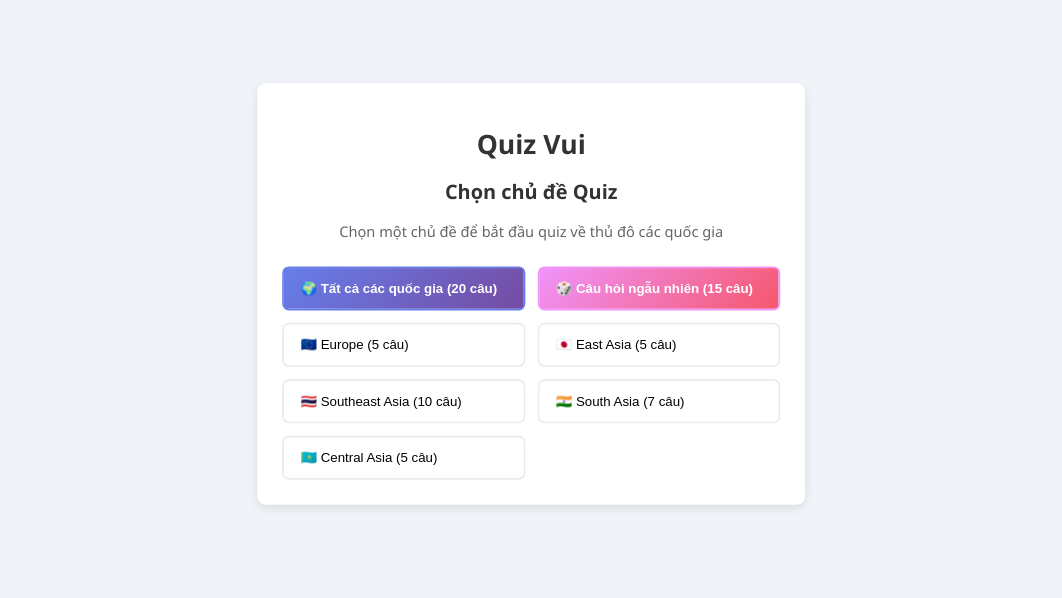
Repository: HuynhPPP/Quiz_App
Page: /
These files come from the project's save history. The page is drawn as it stood at one moment and after the next save; the edit follows.
The browser window is 1280 px wide. The pictures show the whole page, at 83% of full size.
The project was rebuilt for these pictures with package versions that can differ from the ones it lists, and the page was loaded fresh each time. Also part of the build but not shown: vite.config.js, src/components/Resutl.jsx, src/components/Review.jsx.

Above is the page before, as saved 2025-09-26 15:39:59.

### index.html
<!doctype html>
<html lang="en">
  <head>
    <meta charset="UTF-8" />
    <link rel="icon" type="image/svg+xml" href="/vite.svg" />
    <meta name="viewport" content="width=device-width, initial-scale=1.0" />
    <title>Quiz Vui</title>
  </head>
  <body>
    <div id="root"></div>
    <script type="module" src="/src/main.jsx"></script>
  </body>
</html>

### src/index.css
/* Global reset and styling */
body {
  margin: 0;
  padding: 0;
  font-family: "Segoe UI", Tahoma, Geneva, Verdana, sans-serif;
  background: #f0f4f8;
  color: #333;
}

/* Container styling for the app */
.container {
  max-width: 600px;
  margin: 100px auto;
  background: #fff;
  padding: 30px;
  border-radius: 10px;
  box-shadow: 0 4px 12px rgba(0, 0, 0, 0.1);
}

/* Header styling */
h1,
h2 {
  text-align: center;
  margin-bottom: 20px;
}

/* Styling the question text */
.question {
  font-size: 1.2em;
  margin-bottom: 20px;
}

/* Option button styling */
.option {
  display: block;
  width: 100%;
  padding: 12px;
  margin: 8px 0;
  border: 2px solid transparent;
  border-radius: 6px;
  background: #e7ecf0;
  cursor: pointer;
  text-align: left;
  transition: background 0.3s, border 0.3s;
}

.option:hover {
  background: #d6dde5;
}

.option.selected {
  background: oklch(92.9% 0.013 255.508);
  border: 2px solid oklch(55.4% 0.046 257.417);
  color: oklch(37.2% 0.044 257.287);
}

/* Navigation button styles */
.nav-buttons {
  display: flex;
  justify-content: space-between;
  margin-top: 20px;
}

.nav-buttons button {
  padding: 10px 20px;
  border: none;
  background: #42a5f5;
  color: white;
  border-radius: 6px;
  cursor: pointer;
  font-size: 1em;
  transition: background 0.3s;
}

.nav-buttons button:hover {
  background: #1e88e5;
}

.nav-buttons button:disabled {
  background: #a0c4e3;
  cursor: not-allowed;
}

.result-button {
  display: block;
  padding: 10px 20px;
  border: none;
  background: oklch(55.4% 0.046 257.417);
  color: white;
  border-radius: 6px;
  cursor: pointer;
  font-size: 1em;
  transition: background 0.3s;
}

.result-button:hover {
  background: #1e88e5;
}

/* Score display styling */
.score {
  font-size: 1.4em;
  text-align: center;
  margin: 20px 0;
}

.correct-answer {
  color: oklch(70.4% 0.14 182.503);
}

.incorrect-answer {
  color: oklch(64.5% 0.246 16.439);
}

p.result {
  text-align: center;
  margin: 40px;
}

.resultButtonsContainer {
  display: flex;
  justify-content: center;
  gap: 20px;
}

/* Review component styles */
.review-question {
  margin-bottom: 30px;
}

.review-options {
  margin: 20px 0;
}

.review-options .option {
  position: relative;
  cursor: default;
}

.review-options .option:hover {
  background: #e7ecf0;
}

.review-options .correct-user-answer {
  background: #d4edda;
  border: 2px solid #28a745;
  color: #155724;
}

.review-options .incorrect-user-answer {
  background: #f8d7da;
  border: 2px solid #dc3545;
  color: #721c24;
}

.review-options .correct-answer {
  background: #d1ecf1;
  border: 2px solid #17a2b8;
  color: #0c5460;
}

.answer-label {
  font-weight: bold;
  font-size: 0.9em;
}

.answer-status {
  margin: 20px 0;
  padding: 15px;
  border-radius: 6px;
  background: #f8f9fa;
}

.answer-status .correct-answer {
  color: #28a745;
  font-weight: bold;
}

.answer-status .incorrect-answer {
  color: #dc3545;
  font-weight: bold;
}

.answer-status .no-answer {
  color: #ffc107;
  font-weight: bold;
}

.review-buttons {
  display: flex;
  justify-content: center;
  gap: 20px;
  margin-top: 30px;
}

/* Quiz Selector styles */
.quiz-description {
  text-align: center;
  margin-bottom: 30px;
  color: #666;
  font-size: 1.1em;
}

.quiz-categories {
  display: grid;
  grid-template-columns: repeat(auto-fit, minmax(250px, 1fr));
  gap: 15px;
  margin-top: 20px;
}

.category-button {
  padding: 15px 20px;
  border: 2px solid #e7ecf0;
  border-radius: 8px;
  background: #fff;
  cursor: pointer;
  font-size: 1em;
  transition: all 0.3s;
  text-align: left;
}

.category-button:hover {
  border-color: #42a5f5;
  background: #f8f9fa;
  transform: translateY(-2px);
  box-shadow: 0 4px 12px rgba(66, 165, 245, 0.15);
}

.category-button.all-questions {
  background: linear-gradient(135deg, #667eea 0%, #764ba2 100%);
  color: white;
  border-color: #667eea;
  font-weight: bold;
}

.category-button.all-questions:hover {
  background: linear-gradient(135deg, #5a6fd8 0%, #6a4190 100%);
  transform: translateY(-2px);
}

.category-button.random {
  background: linear-gradient(135deg, #f093fb 0%, #f5576c 100%);
  color: white;
  border-color: #f093fb;
  font-weight: bold;
}

.category-button.random:hover {
  background: linear-gradient(135deg, #ee82f0 0%, #f3455a 100%);
  transform: translateY(-2px);
}

### src/App.jsx
import Quiz from "./components/Quiz"

function App() {
  return (
    <div className="container">
      <h1>Quiz Vui</h1>
      <Quiz />

    </div>
  )
}

export default App

### src/components/Quiz.jsx
import React, { useState, useEffect } from 'react'
import Resutl from './Resutl'
import Review from './Review'
import QuizSelector from './QuizSelector'

const Quiz = () => {
    const [currentQuestions, setCurrentQuestions] = useState([]);
    const [optionSelected, setOptionSelected] = useState("");
    const [userAnswer, setUserAnswer] = useState([]);
    const [currentQuestion, setCurrentQuestion] = useState(0);
    const [isQuizCompleted, setIsQuizCompleted] = useState(false);
    const [isReviewMode, setIsReviewMode] = useState(false);
    const [score, setScore] = useState(0);
    const [showSelector, setShowSelector] = useState(true);

    const handleStartQuiz = (questions) => {
        setCurrentQuestions(questions);
        setUserAnswer(Array.from({ length: questions.length }));
        setShowSelector(false);
        setCurrentQuestion(0);
        setOptionSelected("");
        setIsQuizCompleted(false);
        setIsReviewMode(false);
        setScore(0);
    };

    const handleSelectOption = (option, index) => {
        setOptionSelected(option);
        const newUserAnswer = [...userAnswer];
        newUserAnswer[currentQuestion] = index;
        setUserAnswer(newUserAnswer);
    }

    const handleNextQuestion = () => {
        if (currentQuestion === currentQuestions.length - 1) {
            setIsQuizCompleted(true);
        } else {
            setCurrentQuestion((prev) => prev + 1);
        }

    }

    const handlePreviousQuestion = () => {
        if (currentQuestion > 0) {
            setCurrentQuestion((prev) => prev - 1);
        }
    }

    const handleResetQuiz = () => {
        setShowSelector(true);
        setIsQuizCompleted(false);
        setIsReviewMode(false);
        setCurrentQuestion(0);
        setScore(0);
        setUserAnswer([]);
        setOptionSelected("");
        setCurrentQuestions([]);
    }

    const handleReviewQuiz = () => {
        setIsReviewMode(true);
        setIsQuizCompleted(false);
        setCurrentQuestion(0);
    }

    const handleBackToResult = () => {
        setIsReviewMode(false);
        setIsQuizCompleted(true);
    }

    useEffect(() => {
        if (currentQuestions.length > 0) {
            const answer = Number(userAnswer[currentQuestion]);
            const pastOptionSelected = currentQuestions[currentQuestion].options[answer];
            if (answer !== undefined) {
                setOptionSelected(pastOptionSelected);
            } else {
                setOptionSelected("");
            }
        }
    }, [currentQuestion, userAnswer, currentQuestions]);

    useEffect(() => {
        if (currentQuestions.length > 0 && optionSelected === currentQuestions[currentQuestion].answer) {
            setScore((prev) => prev + 1);
        }
    }, [optionSelected, currentQuestion, currentQuestions]);

    if (isReviewMode) {
        return <Review
            quizData={currentQuestions}
            userAnswers={userAnswer}
            handleBackToResult={handleBackToResult}
            handleRestartQuiz={handleResetQuiz}
        />
    }

    if (isQuizCompleted) {
        return <Resutl
            score={score}
            totalQuestions={currentQuestions.length}
            handleReviewQuiz={handleReviewQuiz}
            handleResetQuiz={handleResetQuiz}
        />
    }

    if (showSelector) {
        return <QuizSelector onStartQuiz={handleStartQuiz} />
    }

    if (currentQuestions.length === 0) {
        return <div>Loading...</div>
    }

    return (
        <div>
            <h2>Câu {currentQuestion + 1}</h2>
            <p className='question'>{currentQuestions[currentQuestion].question}</p>

            {currentQuestions[currentQuestion].options.map((option, index) => (
                <button
                    key={index}
                    className={`option ${optionSelected === option ? 'selected' : ''}`}
                    disabled={!!optionSelected && optionSelected !== option}
                    onClick={() => handleSelectOption(option, index)}
                >
                    {option}
                </button>
            ))}

            {
                optionSelected ? (
                    optionSelected === currentQuestions[currentQuestion].answer ? (
                        <p className='correct-answer'>Câu trả lời của bạn là chính xác</p>
                    ) : (
                        <p className='incorrect-answer'>Câu trả lời của bạn chưa chính xác</p>
                    )
                ) : ""
            }


            <div className='nav-buttons'>
                <button
                    onClick={handlePreviousQuestion}
                    disabled={currentQuestion === 0}
                >
                    Trước
                </button>
                <button
                    onClick={handleNextQuestion}
                    disabled={!optionSelected}
                >
                    {currentQuestion === currentQuestions.length - 1 ? "Hoàn thành Quiz" : "Tiếp"}
                </button>
            </div>
        </div>
    );
};

export default Quiz

### src/components/QuizSelector.jsx
import React from 'react'
import { getAllCategories, getQuestionsByCategory, getRandomQuestions } from '../data/quizData'
import { GAME_MODES } from '../hooks/useGameModes'

const QuizSelector = ({ onStartQuiz }) => {
    const categories = getAllCategories();

    const handleCategorySelect = (category, gameMode = GAME_MODES.CLASSIC) => {
        const questions = getQuestionsByCategory(category);
        onStartQuiz(questions, gameMode);
    };

    const handleRandomQuiz = (gameMode = GAME_MODES.CLASSIC) => {
        const questions = getRandomQuestions(15);
        onStartQuiz(questions, gameMode);
    };

    const handleAllQuestions = (gameMode = GAME_MODES.CLASSIC) => {
        const questions = getRandomQuestions(20);
        onStartQuiz(questions, gameMode);
    };

    return (
        <div>
            <h2>Chọn chủ đề Quiz</h2>
            <p className="quiz-description">
                Chọn một chủ đề để bắt đầu quiz về thủ đô các quốc gia
            </p>

            <div className="quiz-categories">
                <button
                    className="category-button all-questions"
                    onClick={handleAllQuestions}
                >
                    🌍 Tất cả các quốc gia (20 câu)
                </button>

                <button
                    className="category-button random"
                    onClick={handleRandomQuiz}
                >
                    🎲 Câu hỏi ngẫu nhiên (15 câu)
                </button>

                {categories.map((category, index) => {
                    const questionCount = getQuestionsByCategory(category).length;
                    const categoryEmojis = {
                        'Europe': '🇪🇺',
                        'East Asia': '🇯🇵',
                        'Southeast Asia': '🇹🇭',
                        'South Asia': '🇮🇳',
                        'Central Asia': '🇰🇿'
                    };

                    return (
                        <button
                            key={index}
                            className="category-button"
                            onClick={() => handleCategorySelect(category)}
                        >
                            {categoryEmojis[category] || '🌏'} {category} ({questionCount} câu)
                        </button>
                    );
                })}
            </div>
        </div>
    );
};

export default QuizSelector;

### src/hooks/useGameModes.js
import { useState, useEffect, useCallback } from 'react';

// Custom hook for timer functionality
export const useTimer = (initialTime, onTimeUp) => {
    const [timeLeft, setTimeLeft] = useState(initialTime);
    const [isActive, setIsActive] = useState(false);

    useEffect(() => {
        let interval = null;
        if (isActive && timeLeft > 0) {
            interval = setInterval(() => {
                setTimeLeft(timeLeft => timeLeft - 1);
            }, 1000);
        } else if (timeLeft === 0) {
            setIsActive(false);
            onTimeUp();
        }
        return () => clearInterval(interval);
    }, [isActive, timeLeft, onTimeUp]);

    const startTimer = useCallback(() => {
        setIsActive(true);
    }, []);

    const pauseTimer = useCallback(() => {
        setIsActive(false);
    }, []);

    const resetTimer = useCallback((newTime = initialTime) => {
        setTimeLeft(newTime);
        setIsActive(false);
    }, [initialTime]);

    const addTime = useCallback((seconds) => {
        setTimeLeft(prev => prev + seconds);
    }, []);

    return {
        timeLeft,
        isActive,
        startTimer,
        pauseTimer,
        resetTimer,
        addTime
    };
};

// Custom hook for streak management
export const useStreak = () => {
    const [currentStreak, setCurrentStreak] = useState(0);
    const [bestStreak, setBestStreak] = useState(0);
    const [totalCorrect, setTotalCorrect] = useState(0);

    const addCorrectAnswer = useCallback(() => {
        setCurrentStreak(prev => {
            const newStreak = prev + 1;
            if (newStreak > bestStreak) {
                setBestStreak(newStreak);
            }
            return newStreak;
        });
        setTotalCorrect(prev => prev + 1);
    }, [bestStreak]);

    const resetStreak = useCallback(() => {
        setCurrentStreak(0);
    }, []);

    const resetAll = useCallback(() => {
        setCurrentStreak(0);
        setBestStreak(0);
        setTotalCorrect(0);
    }, []);

    return {
        currentStreak,
        bestStreak,
        totalCorrect,
        addCorrectAnswer,
        resetStreak,
        resetAll
    };
};

// Game modes configuration
export const GAME_MODES = {
    CLASSIC: {
        name: 'Classic',
        description: 'Chế độ cổ điển không giới hạn thời gian',
        timeLimit: null,
        icon: '📚'
    },
    TIME_ATTACK: {
        name: 'Time Attack',
        description: '15 giây cho mỗi câu hỏi',
        timeLimit: 15,
        icon: '⏰'
    },
    BLITZ: {
        name: 'Blitz',
        description: '10 giây cho mỗi câu hỏi - Thử thách tốc độ',
        timeLimit: 10,
        icon: '⚡'
    },
    SURVIVAL: {
        name: 'Survival',
        description: 'Chơi đến khi trả lời sai',
        timeLimit: 20,
        icon: '💀'
    }
};

Loaded but not shown: src/main.jsx (common file); src/data/quizData.js (221 lines, source omitted)

After the next save:
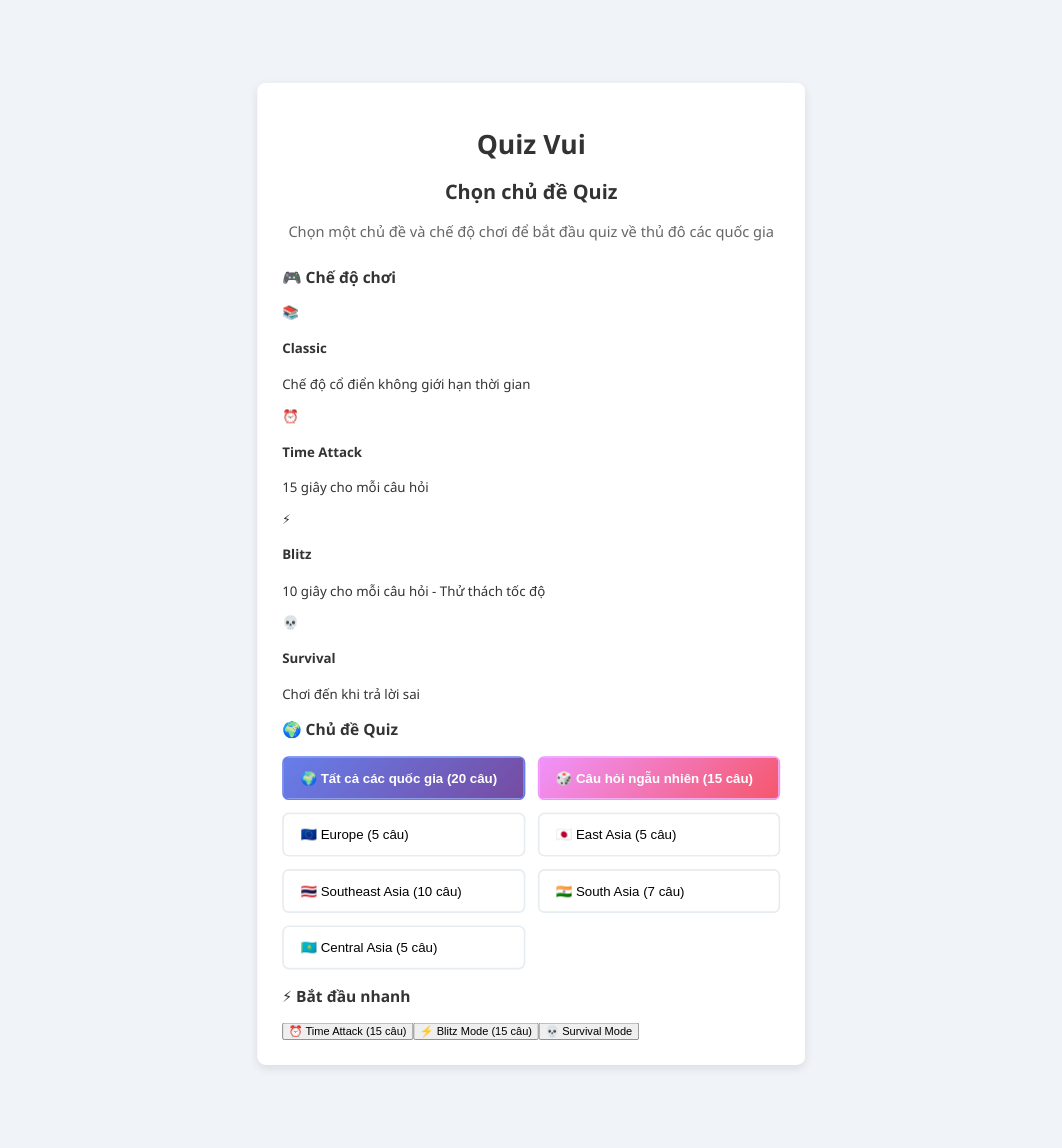
Saved 13 s later.
--- a/src/components/QuizSelector.jsx
+++ b/src/components/QuizSelector.jsx
@@ -24,44 +24,89 @@ const QuizSelector = ({ onStartQuiz }) => {
         <div>
             <h2>Chọn chủ đề Quiz</h2>
             <p className="quiz-description">
-                Chọn một chủ đề để bắt đầu quiz về thủ đô các quốc gia
+                Chọn một chủ đề và chế độ chơi để bắt đầu quiz về thủ đô các quốc gia
             </p>
 
-            <div className="quiz-categories">
-                <button
-                    className="category-button all-questions"
-                    onClick={handleAllQuestions}
-                >
-                    🌍 Tất cả các quốc gia (20 câu)
-                </button>
+            {/* Game Modes Section */}
+            <div className="game-modes-section">
+                <h3>🎮 Chế độ chơi</h3>
+                <div className="game-modes">
+                    {Object.values(GAME_MODES).map((mode, index) => (
+                        <div key={index} className="game-mode-card">
+                            <div className="mode-icon">{mode.icon}</div>
+                            <div className="mode-info">
+                                <h4>{mode.name}</h4>
+                                <p>{mode.description}</p>
+                            </div>
+                        </div>
+                    ))}
+                </div>
+            </div>
 
-                <button
-                    className="category-button random"
-                    onClick={handleRandomQuiz}
-                >
-                    🎲 Câu hỏi ngẫu nhiên (15 câu)
-                </button>
+            {/* Quiz Categories Section */}
+            <div className="quiz-categories-section">
+                <h3>🌍 Chủ đề Quiz</h3>
+                <div className="quiz-categories">
+                    <button
+                        className="category-button all-questions"
+                        onClick={() => handleAllQuestions()}
+                    >
+                        🌍 Tất cả các quốc gia (20 câu)
+                    </button>
 
-                {categories.map((category, index) => {
-                    const questionCount = getQuestionsByCategory(category).length;
-                    const categoryEmojis = {
-                        'Europe': '🇪🇺',
-                        'East Asia': '🇯🇵',
-                        'Southeast Asia': '🇹🇭',
-                        'South Asia': '🇮🇳',
-                        'Central Asia': '🇰🇿'
-                    };
+                    <button
+                        className="category-button random"
+                        onClick={() => handleRandomQuiz()}
+                    >
+                        🎲 Câu hỏi ngẫu nhiên (15 câu)
+                    </button>
 
-                    return (
-                        <button
-                            key={index}
-                            className="category-button"
-                            onClick={() => handleCategorySelect(category)}
-                        >
-                            {categoryEmojis[category] || '🌏'} {category} ({questionCount} câu)
-                        </button>
-                    );
-                })}
+                    {categories.map((category, index) => {
+                        const questionCount = getQuestionsByCategory(category).length;
+                        const categoryEmojis = {
+                            'Europe': '🇪🇺',
+                            'East Asia': '🇯🇵',
+                            'Southeast Asia': '🇹🇭',
+                            'South Asia': '🇮🇳',
+                            'Central Asia': '🇰🇿'
+                        };
+
+                        return (
+                            <button
+                                key={index}
+                                className="category-button"
+                                onClick={() => handleCategorySelect(category)}
+                            >
+                                {categoryEmojis[category] || '🌏'} {category} ({questionCount} câu)
+                            </button>
+                        );
+                    })}
+                </div>
+            </div>
+
+            {/* Game Mode Quick Start */}
+            <div className="quick-start-section">
+                <h3>⚡ Bắt đầu nhanh</h3>
+                <div className="quick-start-buttons">
+                    <button
+                        className="quick-start-btn time-attack"
+                        onClick={() => handleRandomQuiz(GAME_MODES.TIME_ATTACK)}
+                    >
+                        ⏰ Time Attack (15 câu)
+                    </button>
+                    <button
+                        className="quick-start-btn blitz"
+                        onClick={() => handleRandomQuiz(GAME_MODES.BLITZ)}
+                    >
+                        ⚡ Blitz Mode (15 câu)
+                    </button>
+                    <button
+                        className="quick-start-btn survival"
+                        onClick={() => handleRandomQuiz(GAME_MODES.SURVIVAL)}
+                    >
+                        💀 Survival Mode
+                    </button>
+                </div>
             </div>
         </div>
     );
